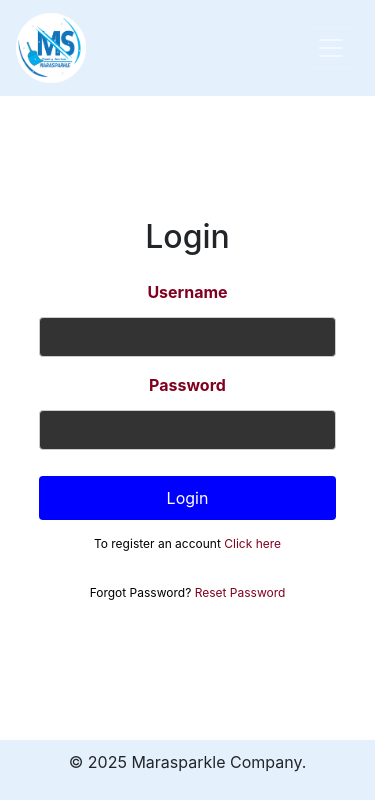
Repository: guineveretim/sparkle
Page: http://localhost/login/
The author's editor kept a copy of each file at every save. The page is drawn from the files as they stood at one save, then again after the next save.
The browser window is 375 px wide. The pictures show the whole page.
The page is served by the project's application, run on Django 5.2 (manage.py). Other server files are loaded and not shown.

Above is the page before, as saved 2025-03-27 17:04:13.

### templates/authentication/login.html
{% load static %}
<!DOCTYPE html>
<html lang="en">
<head>
    <meta charset="UTF-8">
    <meta name="viewport" content="width=device-width, initial-scale=1.0">
    <title>Login</title>
    <style>
        * {
            box-sizing: border-box;
            margin: 0;
            padding: 0;
        }

        html, body{
            height: 100vh;
        }

        body {
            font-family: 'Arial', sans-serif;
            background-color:rgb(4, 77, 97);
            color: #333;
            display: flex;

            flex-direction: column;
        }

        .login-container {
            width: 90%;
            max-width: 400px;
            padding: 20px;
            background-color: rgba(128, 0, 32, 0);
            border-radius: 2px;
            margin: auto;
            flex-grow: 1;
            display: flex;
            flex-direction: column;
            justify-content: center;
            text-align: center;
        }



        h2 {
            margin-bottom: 20px;
            color:#800020;
        }

        .message-container {
            margin-bottom: 15px;
        }

        .messages {
            list-style: none;
            padding: 0;
        }

        .messages li {
            padding: 10px;
            margin-bottom: 5px;
            border-radius: 4px;
            color: #31708f;
            background-color: #d9edf7;
            border: 1px solid #bce8f1;
        }

        .form-group {
            margin-bottom: 15px;

        }

        label {
            display: block;
            margin-bottom: 5px;
            font-weight: bold;
            color:#800020;
        }

        input[type="text"],
        input[type="password"] {
            height: 40px;
            width: 100%;
            padding: 10px;
            margin-top: 5px;
            border: 1px solid #ccc;
            border-radius: 4px;
            font-size: 1rem;
            color: #ffffff;
            background-color: #333;
            transition: border-color 0.3s ease;
        }

        input[type="text"]:focus,
        input[type="password"]:focus {
            background-color: #444;
            border-color: #66afe9;
            outline: none;
        }

        .submit-btn {
            padding: 10px 15px;
            background-color:blue;
            color: #fff;
            border: none;
            border-radius: 4px;
            cursor: pointer;
            transition: background-color 0.3s ease;
            font-size: 16px;
            width: 100%;
            margin-top: 10px;
        }

        .submit-btn:hover {
            background-color:rgb(25, 75, 214);
        }

        .signup-link,
        .forgot-password {
            margin-top: 15px;
            color: black;
            font-size: 0.9rem;
        }

        .signup-link a,
        .forgot-password a {
            color:#800020;
            text-decoration: none;

        }
        .signup-link a:hover,
        .forgot-password a:hover {
            text-decoration: underline;
        }



        header{
            background-color:rgb(24, 66, 181);
            height: 6%;
            padding: 17px;

        }

        header p{
            color: white;
            margin:0;
        }

        @media (max-width: 480px) {
            .logo {
                width: 80px;
            }

            .submit-btn {
                padding: 10px;
            }

            h2 {
                font-size: 1.5rem;
            }

            .signup-link,
            .forgot-password {
                font-size: 0.75rem;
            }
        }

    </style>

        <!-- Font Awesome CDN -->
        <link rel="stylesheet" href="https://cdnjs.cloudflare.com/ajax/libs/font-awesome/6.0.0-beta3/css/all.min.css">

        <!--Google fomts-->
        <link href="https://fonts.googleapis.com/css2?family=Roboto:wght@400&display=swap" rel="stylesheet">

        <!-- Bootstrap core CSS -->
        <link rel="stylesheet" href="https://cdn.jsdelivr.net/npm/bootstrap@4.1.3/dist/css/bootstrap.min.css" integrity="sha384-MCw98/SFnGE8fJT3GXwEOngsV7Zt27NXFoaoApmYm81iuXoPkFOJwJ8ERdknLPMO" crossorigin="anonymous">


</head>
<body>
 <!-- ***** Header Area Start ***** -->
 <nav class="navbar navbar-expand-lg navbar-dark sticky-top" style="background-color:rgba(166, 206, 243,0.3); position: relative;">
    <div class="container-fluid">
        <a class="navbar-brand" href="{% url 'home' %}">
            <img src="{% static 'icons/Maralog.png' %}" style="width:70px;">
        </a>
        <button class="navbar-toggler" type="button" data-toggle="collapse" data-target="#navbarNav" aria-controls="navbarNav" aria-expanded="false" aria-label="Toggle navigation">
            <span class="navbar-toggler-icon"></span>
        </button>

        <div class="collapse navbar-collapse" id="navbarNav">
            <ul class="navbar-nav ml-auto">
                <li class="nav-item active">
                    <a class="nav-link" href="{% url 'home' %}" style="color: white;">Home <span class="sr-only">(current)</span></a>
                </li>
                <li class="nav-item">
                    <a class="nav-link" href="{% url 'services_details' %}" style="color: white;">Services</a>
                </li>
                <li class="nav-item">
                    <a class="nav-link" href="{% url 'contact' %}" style="color: white;">Contact Us</a>
                </li>
                <li class="nav-item">
                    <a class="nav-link" href="{% url 'about' %}" style="color: white;">About Us</a>
                </li>
                <li class="nav-item">
                    <a class="nav-link" href="{% url 'login' %}" style="color: white;"><i class="fas fa-calendar" style="background-color: rgb(255, 255, 255);"></i>BookNow</a>
                </li>
            </ul>
        </div>
    </div>
</nav>

<div class="login-container">

    <h2>Login</h2>

    <div class="message-container">
        {% if messages %}
            <ul class="messages">
                {% for message in messages %}
                    <li class="{{ message.tags }}">{{ message }}</li>
                {% endfor %}
            </ul>
        {% endif %}
    </div>

    <form method="POST" action="{% url 'login' %}">
        {% csrf_token %}
        <div class="form-group">
            <label for="username">Username</label>
            <input type="text" id="username" name="username" value="{{ form.username.value|default_if_none:'' }}">
        </div>
        <div class="form-group">
            <label for="password">Password</label>
            <input type="password" id="password" name="password">
        </div>
        <button type="submit" class="submit-btn">Login</button>


    </form>

    <p class="signup-link">
        To register an account
        <a href="{% url 'register' %}">Click here</a>
    </p>

    <p class="forgot-password">
        Forgot Password?
        <a href="{% url 'password_reset' %}">Reset Password</a>

    </p>
</div>

<footer class="footer text-center" style="background-color: rgba(166, 206, 243, 0.3); padding: 10px 0;">
    <div class="container-fluid">
        <div class="row">
            <div class="col-12">
                <p>© 2025 Marasparkle Company.</p>
            </div>
            <div class="col-12" style="margin-top: -80px;">
                <p style="color: white;">
                    Follow us on
                    <a href="https://www.facebook.com/profile.php?id=61573551016908" class="mx-1 text-white" aria-label="Follow us on Facebook">
                        <i class="fab fa-facebook-f"></i>
                    </a>
                    <span>|</span>
                    <a href="https://linkedin.com" class="mx-1 text-white" aria-label="Follow us on LinkedIn">
                        <i class="fab fa-linkedin fa-lg"></i>
                    </a>
                </p>
            </div>
        </div>
    </div>
</footer>

<!-- jQuery first, then Popper.js, then Bootstrap JS -->
<script src="https://code.jquery.com/jquery-3.3.1.slim.min.js" integrity="sha384-q8i/X+965DzO0rT7abK41JStQIAqVgRVzpbzo5smXKp4YfRvH+8abtTE1Pi6jizo" crossorigin="anonymous"></script>
<script src="https://cdn.jsdelivr.net/npm/popper.js@1.14.3/dist/umd/popper.min.js" integrity="sha384-ZMP7rVo3mIykV+2+9J3UJ46jBk0WLaUAdn689aCwoqbBJiSnjAK/l8WvCWPIPm49" crossorigin="anonymous"></script>
<script src="https://cdn.jsdelivr.net/npm/bootstrap@4.1.3/dist/js/bootstrap.min.js" integrity="sha384-ChfqqxuZUCnJSK3+MXmPNIyE6ZbWh2IMqE241rYiqJxyMiZ6OW/JmZQ5stwEULTy" crossorigin="anonymous"></script>
</body>
</html>

### marasparkle/forms.py
from django import forms
from django.contrib.auth.forms import UserCreationForm, AuthenticationForm, PasswordResetForm, SetPasswordForm
from django.contrib.auth.models import User
from .models import Booking



class UserLoginForm(AuthenticationForm):
    def __init__(self, *args, **kwargs):
        super(UserLoginForm, self).__init__(*args, **kwargs)


        self.error_messages['invalid_login'] = (
            'Invalid username or password.'
        )
        self.fields['username'].widget.attrs.update({
            'class': 'form-control',
            'placeholder': 'Username'
        })
        self.fields['password'].widget.attrs.update({
            'class': 'form-control',
            'placeholder': 'Password'
        })


class UserRegistrationForm(forms.ModelForm):

    username = forms.CharField(widget=forms.TextInput(attrs={'placeholder': 'Enter Your Username'}),
            label='Username',
            help_text=None,
            )

    email = forms.CharField(widget=forms.EmailInput(attrs={'placeholder': 'Enter Your Email : Example@gmail.com'}),
            label='Email',
            help_text=None,
      )
    password = forms.CharField(widget=forms.PasswordInput(attrs={'placeholder': 'Password must contain at least one uppercase, lower case letter, and one special character', 'class': 'moving-placeholder'}),
            label= 'Enter Password',
            help_text=None,
            )
    confirm_password = forms.CharField(widget=forms.PasswordInput(attrs={'placeholder': 'Cornfirm password'}),
            label='Cornfirm Password',
            help_text=None,
            )






    class Meta:
        model = User
        fields = ['username', 'email']


    def clean(self):
        cleaned_data = super().clean()
        password = cleaned_data.get("password")
        confirm_password = cleaned_data.get("confirm_password")

        if password and confirm_password and password != confirm_password:
            raise forms.ValidationError("Passwords do not match!")


class ResetPasswordForm(PasswordResetForm):
    class Meta:
        model = User
        fields = ['email']

    def __init__(self, *args, **kwargs):
        super(ResetPasswordForm, self).__init__(*args, **kwargs)
        self.fields['email'].widget.attrs.update({
            'class': 'form-control',
            'placeholder': 'Email',
            'required': 'True'
        })


class ResetPasswordConfirmForm(SetPasswordForm):
    class Meta:
        model = User
        fields = ['new_password1', 'new_password2']

    def __init__(self, *args, **kwargs):
        super(ResetPasswordConfirmForm, self).__init__(*args, **kwargs)
        self.fields['new_password1'].widget.attrs.update({
            'class': 'form-control',
            'placeholder': 'New Password',
            'required': 'True'
        })
        self.fields['new_password2'].widget.attrs.update({
            'class': 'form-control',
            'placeholder': 'Retype New Password',
            'required': 'True'
        })
        self.fields['new_password1'].help_text = ''
        self.fields['new_password2'].help_text = ''


class BookingForm(forms.ModelForm):
    class Meta:
        model = Booking
        fields = ['date_time', 'contact_infor', 'service_selection', 'location_infor', 'additional_details']
        widgets = {
            'date_time': forms.DateTimeInput(attrs={'type': 'datetime-local'}),
            'contact_infor': forms.TextInput(attrs={'placeholder': 'Contact Information'}),
            'location_infor': forms.TextInput(attrs={'placeholder': 'Location'}),
            'additional_details': forms.Textarea(attrs={'placeholder': 'Additional Details', 'rows': 3}),
        }

### marasparkle/views.py

from django.shortcuts import redirect, render
from django.contrib.auth import authenticate, login
from .forms import  UserRegistrationForm, UserLoginForm
from django.contrib.auth.decorators import login_required
from django.contrib import messages
from .forms import BookingForm
from django.views.decorators.cache import never_cache
from django.views.decorators.csrf import csrf_protect
from django.contrib.auth.models import Group



def home(request):
  return render(request, 'home.html')

def Service(request):
    return render(request, 'application/services.html')


def contact(request):
    return render(request, 'application/contact.html')

def about_view(request):
    return render(request, 'application/about.html')







def register(request):
    if request.method == 'POST':
        form = UserRegistrationForm(request.POST)
        if form.is_valid():
            user = form.save(commit=False)
            user.set_password(form.cleaned_data['password'])
            user.save()

            group =Group.objects.get(name = 'user')
            user.groups.add(group)


            login(request, user)
            messages.success(request, "Registration successful.")
            return redirect('login')
    else:
        form = UserRegistrationForm()

    return render(request, 'authentication/register.html', {'form': form})

def login_view(request):
    if request.method == 'POST':
        form = UserLoginForm(data=request.POST)
        if form.is_valid():
            username = form.cleaned_data.get('username')
            password = form.cleaned_data.get('password')
            user = authenticate(request, username=username, password=password)

            if user is not None:

                if user.groups.filter(name='admin').exists():
                    login(request, user)
                    return redirect('/admin/')
                elif user.groups.filter(name='user').exists():
                    login(request, user)
                    return redirect('bookings')
            else:

                messages.error(request, 'Invalid username or password.')
        else:
            # Optional: Handle field errors
            for field, errors in form.errors.items():
                for error in errors:
                    messages.error(request, error)

    else:
        form = UserLoginForm()

    return render(request, 'authentication/login.html', {'form': form})


@login_required
def create_booking(request):
    if request.method == 'POST':
        form = BookingForm(request.POST)
        if form.is_valid():
            booking = form.save(commit=False)
            booking.user = request.user
            booking.save()
            return redirect('booking_success')
    else:
        form = BookingForm()

    return render(request,'accounts/booking.html', {'form':form})

### marasparkleweb/urls.py
"""
URL configuration for marasparkleweb project.

The `urlpatterns` list routes URLs to views. For more information please see:
    https://docs.djangoproject.com/en/5.1/topics/http/urls/
Examples:
Function views
    1. Add an import:  from my_app import views
    2. Add a URL to urlpatterns:  path('', views.home, name='home')
Class-based views
    1. Add an import:  from other_app.views import Home
    2. Add a URL to urlpatterns:  path('', Home.as_view(), name='home')
Including another URLconf
    1. Import the include() function: from django.urls import include, path
    2. Add a URL to urlpatterns:  path('blog/', include('blog.urls'))
"""
from django.contrib import admin
from django.urls import include, path

urlpatterns = [
    path('admin/', admin.site.urls),
    path('', include('marasparkle.urls')),
]

### marasparkle/urls.py
from django.urls import path

from marasparkle.forms import ResetPasswordConfirmForm, ResetPasswordForm
from . import views
from django.contrib.auth import views as auth_views


urlpatterns = [
    path('', views.home, name='home'),
    path('about/',views.about_view, name='about'),
    path('services/',views.Service,name='services_details'),
    path('login/', views.login_view, name= 'login'),
    path('register/', views.register, name='register'),
    path('contact/', views.contact, name='contact'),

    path('password_reset/', auth_views.PasswordResetView.as_view(
        template_name='authentication/password_reset.html',
        form_class=ResetPasswordForm
    ), name='password_reset'),


    path('password_reset_done/', auth_views.PasswordResetDoneView.as_view(
        template_name='authentication/password_reset_done.html'
    ), name='password_reset_done'),


    path('password_reset_confirm/<uidb64>/<token>/', auth_views.PasswordResetConfirmView.as_view(
        template_name='authentication/password_reset_confirm.html',
        form_class=ResetPasswordConfirmForm
    ), name='password_reset_confirm'),

    path('password_reset_complete/', auth_views.PasswordResetCompleteView.as_view(
        template_name='authentication/password_reset_complete.html'
    ), name='password_reset_complete'),

    path('booking/',views.create_booking, name= 'bookings'),



]

After the next save:
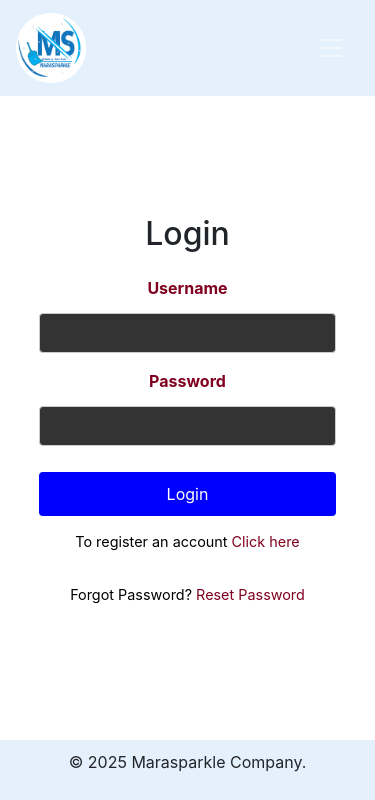
Saved 24 s later.
--- a/templates/authentication/login.html
+++ b/templates/authentication/login.html
@@ -134,36 +134,7 @@
 
 
 
-        header{
-            background-color:rgb(24, 66, 181);
-            height: 6%;
-            padding: 17px;
-
-        }
-
-        header p{
-            color: white;
-            margin:0;
-        }
-
-        @media (max-width: 480px) {
-            .logo {
-                width: 80px;
-            }
-
-            .submit-btn {
-                padding: 10px;
-            }
-
-            h2 {
-                font-size: 1.5rem;
-            }
-
-            .signup-link,
-            .forgot-password {
-                font-size: 0.75rem;
-            }
-        }
+
 
     </style>
 
